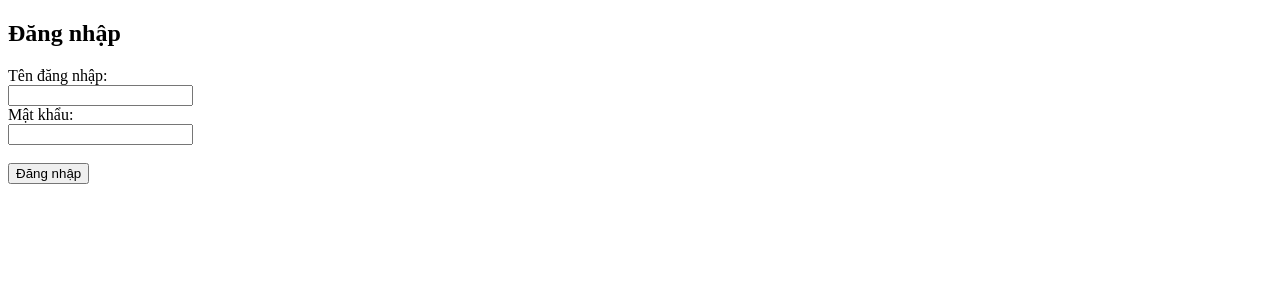
Repository: nghiakma/Login_Register_php
Page: loginnew.html
An editor plug-in stored every save of this project. The page is shown before and after the next save, followed by the edit.
The browser window is 1280 px wide. The pictures show the whole page.

Above is the page before, as saved 2023-04-17 20:37:13.

After the next save:
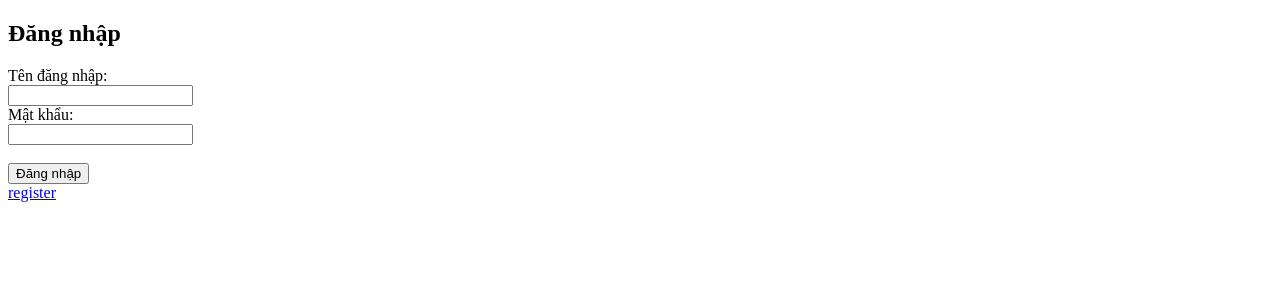
Saved 67 s later.
--- a/loginnew.html
+++ b/loginnew.html
@@ -17,7 +17,7 @@
 		<input type="password" id="password" name="password"><br><br>
 		<input type="submit" name="login" value="Đăng nhập">
 	</form>
-
+	<a href="./regiter.html">register</a>
 </body>
 
 </html>
